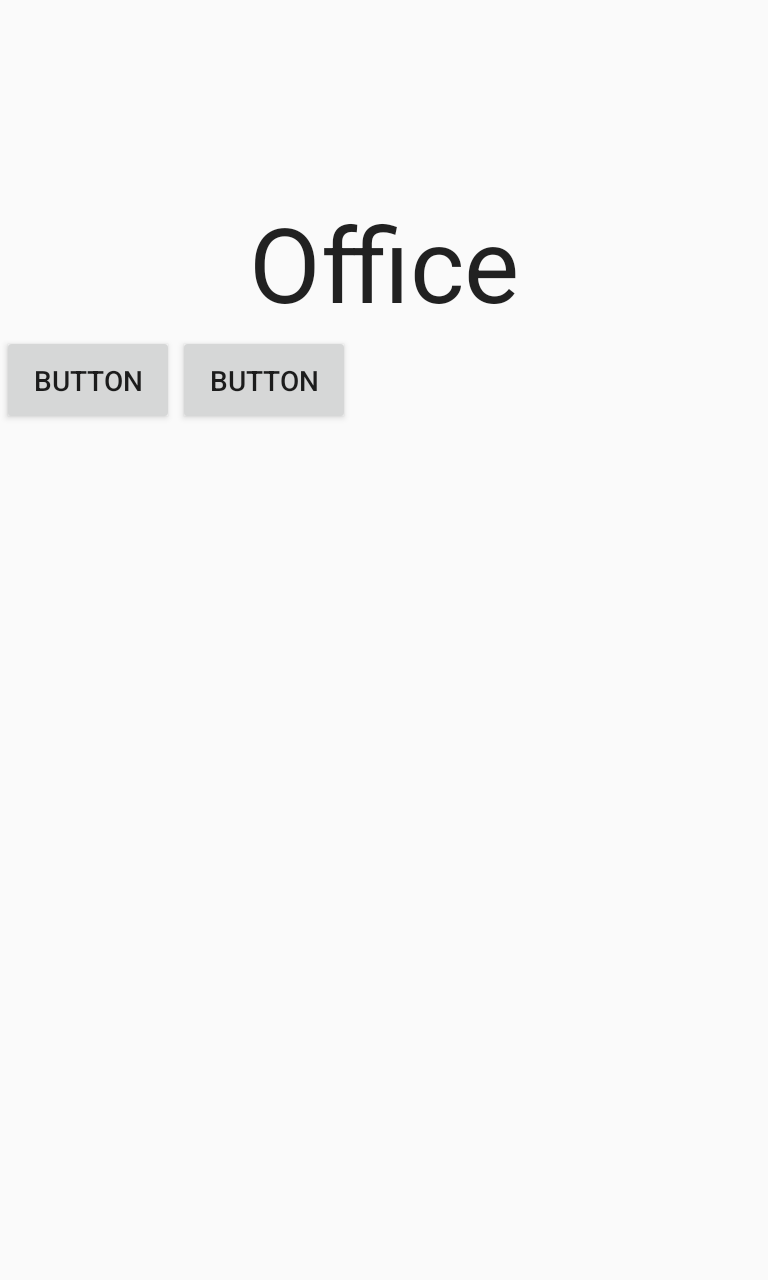
Repository: hessfr/contextRecognition
Layout: androidProjects/ContextRecognition/res/layout/activity_main.xml
The author's editor kept a copy of each file at every save. The layout is drawn from the files as they stood at one save, then again after the next save.
It is drawn on a 768 x 1280 px phone screen (xhdpi) without system bars, with theme AppTheme; the app's code is not run.

Above is the layout before, as saved 2014-05-30 07:09:06.

### androidProjects/ContextRecognition/res/layout/activity_main.xml
<LinearLayout xmlns:android="http://schemas.android.com/apk/res/android"
    xmlns:tools="http://schemas.android.com/tools"
    android:id="@+id/container"
    android:layout_width="match_parent"
    android:layout_height="match_parent"
    android:orientation="vertical"
    tools:context="com.example.contextrecognition.MainActivity"
    tools:ignore="MergeRootFrame" >

    <RelativeLayout
        android:layout_width="match_parent"
        android:layout_height="263dp" >

        <TextView
            android:id="@+id/textView1"
            android:layout_width="wrap_content"
            android:layout_height="wrap_content"
            android:layout_centerInParent="true"
            android:text="Office"
            android:textAppearance="?android:attr/textAppearanceLarge"
            android:textSize="52sp" />

            <LinearLayout
	        android:layout_width="wrap_content"
	        android:layout_height="wrap_content"
	        android:orientation="horizontal"
	        android:layout_centerHorizontal="True"
	        android:layout_below="@+id/textView1" >

                <Button
	                android:id="@+id/button2"
	                android:layout_width="wrap_content"
	                android:layout_height="wrap_content"
	                android:layout_alignParentRight="true"
	                android:layout_alignParentTop="true"
	                android:text="Button" />

            	<Button
	                android:id="@+id/button2"
	                android:layout_width="wrap_content"
	                android:layout_height="wrap_content"
	                android:layout_alignParentLeft="true"
	                android:layout_alignParentTop="true"
	                android:text="Button" />

	    	</LinearLayout>

    </RelativeLayout>



</LinearLayout>

Loaded but not shown: androidProjects/ContextRecognition/res/values/styles.xml (common file); androidProjects/ContextRecognition/res/values-v11/styles.xml (common file); androidProjects/ContextRecognition/res/values-v14/styles.xml (common file)

After the next save:
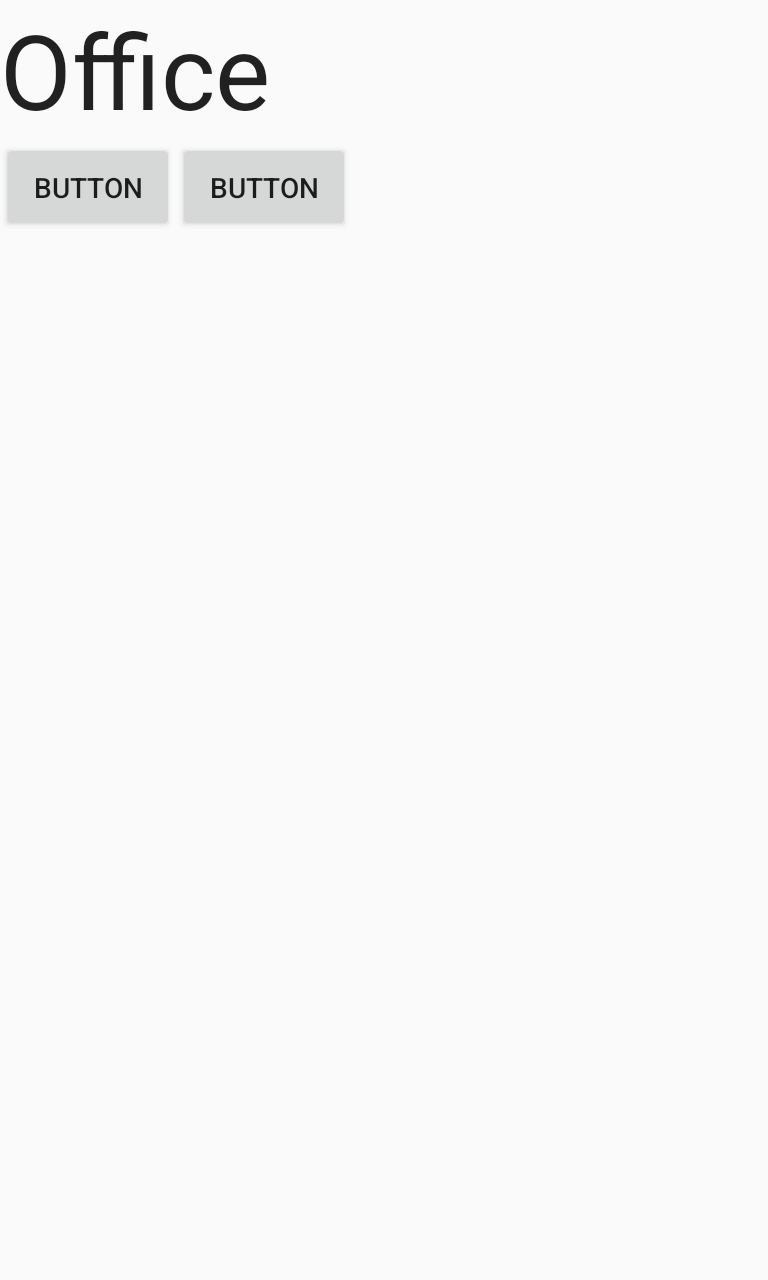
Saved 33 s later.
--- a/androidProjects/ContextRecognition/res/layout/activity_main.xml
+++ b/androidProjects/ContextRecognition/res/layout/activity_main.xml
@@ -6,10 +6,6 @@
     android:orientation="vertical"
     tools:context="com.example.contextrecognition.MainActivity"
     tools:ignore="MergeRootFrame" >
-
-    <RelativeLayout
-        android:layout_width="match_parent"
-        android:layout_height="263dp" >
 
         <TextView
             android:id="@+id/textView1"
@@ -45,8 +41,6 @@
 
 	    	</LinearLayout>
 
-    </RelativeLayout>
-
 
 
 </LinearLayout>

After the save that followed:
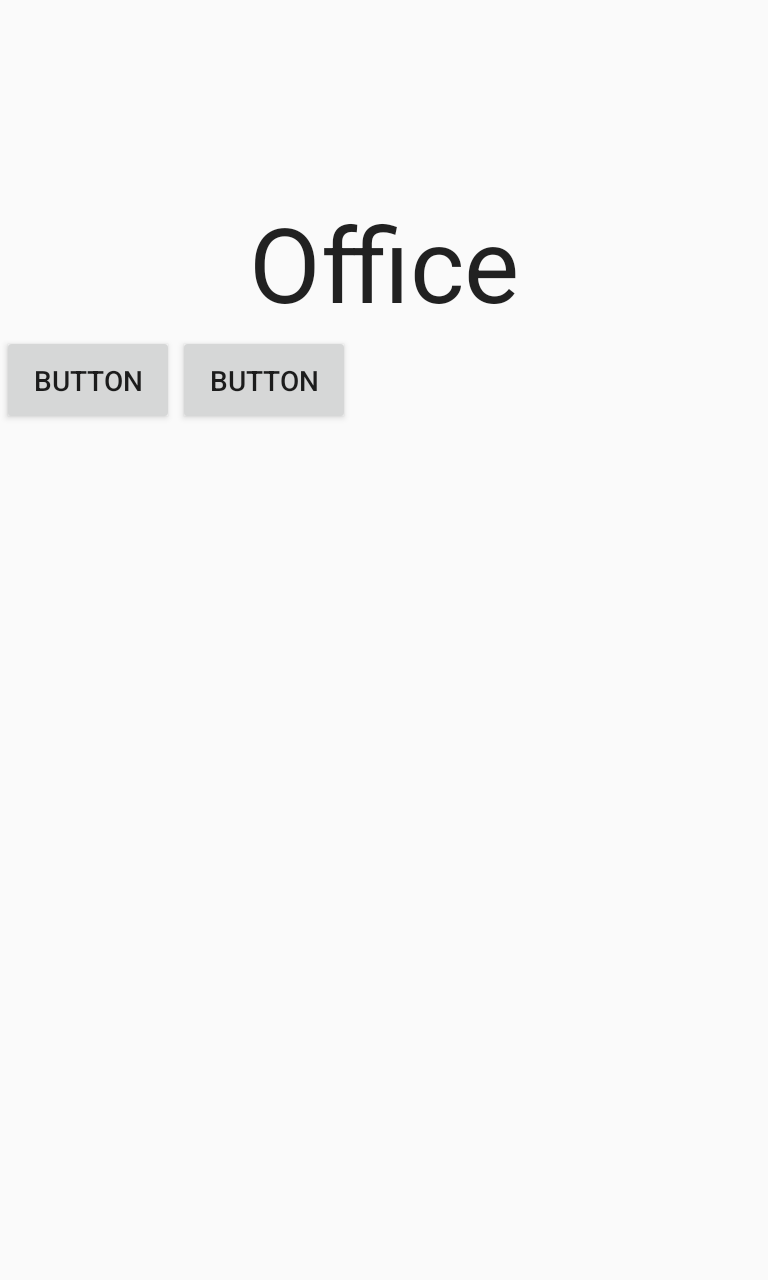
Saved 21 s later.
--- a/androidProjects/ContextRecognition/res/layout/activity_main.xml
+++ b/androidProjects/ContextRecognition/res/layout/activity_main.xml
@@ -6,6 +6,10 @@
     android:orientation="vertical"
     tools:context="com.example.contextrecognition.MainActivity"
     tools:ignore="MergeRootFrame" >
+
+    <RelativeLayout
+        android:layout_width="match_parent"
+        android:layout_height="263dp" >
 
         <TextView
             android:id="@+id/textView1"
@@ -41,6 +45,8 @@
 
 	    	</LinearLayout>
 
+    </RelativeLayout>
+
 
 
 </LinearLayout>
